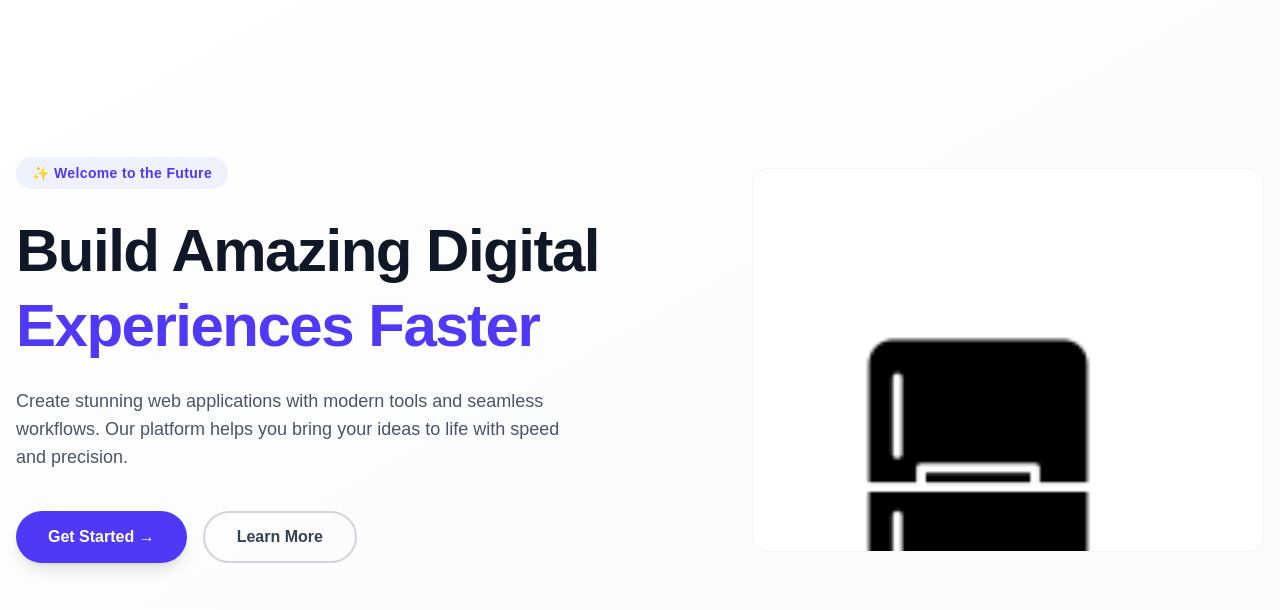
Repository: deepak445566/repai
Page: / (app in repair/)
An editor plug-in stored every save of this project. The page is shown before and after the next save, followed by the edit.
The browser window is 1280 px wide. The pictures show the whole page.
The project was rebuilt for these pictures with package versions that can differ from the ones it lists, and the page was loaded fresh each time. The framework's server and built-in components were replaced by stand-ins that run in the browser. Also part of the build but not shown: repair/next.config.mjs.

Above is the page before, as saved 2026-04-15 11:33:06.

### repair/src/app/layout.js
import { Geist, Geist_Mono } from "next/font/google";
import "./globals.css";

const geistSans = Geist({
  variable: "--font-geist-sans",
  subsets: ["latin"],
});

const geistMono = Geist_Mono({
  variable: "--font-geist-mono",
  subsets: ["latin"],
});

export const metadata = {
  title: "Create Next App",
  description: "Generated by create next app",
};

export default function RootLayout({ children }) {
  return (
    <html
      lang="en"
      className={`${geistSans.variable} ${geistMono.variable} h-full antialiased`}
    >
      <body className="min-h-full flex flex-col">{children}</body>
    </html>
  );
}

### repair/src/app/page.js
import HeroPage from '@/components/heroPage'
import React from 'react'

function page() {
  return (
   <>
   <HeroPage/>

   </>
  )
}

export default page

### repair/src/components/heroPage.jsx
import Image from 'next/image';

export default function HeroPage() {
  return (
    <div className="min-h-screen bg-gradient-to-br from-white to-gray-50 flex items-center justify-center px-4 py-12">
      <div className="max-w-7xl mx-auto w-full">
        <div className="flex flex-col lg:flex-row items-center gap-12 lg:gap-16">

          {/* Left Section - Content */}
          <div className="flex-1 text-center lg:text-left space-y-6">
            <div className="inline-block px-4 py-1.5 rounded-full bg-indigo-50 text-indigo-600 text-sm font-semibold tracking-wide">
              ✨ Welcome to the Future
            </div>

            <h1 className="text-4xl sm:text-5xl lg:text-6xl font-bold tracking-tight text-gray-900 leading-tight">
              Build Amazing Digital
              <span className="text-indigo-600 block"> Experiences Faster</span>
            </h1>

            <p className="text-lg text-gray-600 max-w-xl mx-auto lg:mx-0">
              Create stunning web applications with modern tools and seamless workflows.
              Our platform helps you bring your ideas to life with speed and precision.
            </p>

            <div className="flex flex-col sm:flex-row gap-4 justify-center lg:justify-start pt-4">
              <button className="px-8 py-3 rounded-full bg-indigo-600 text-white font-semibold shadow-lg hover:bg-indigo-700 transition-all duration-200 transform hover:scale-105">
                Get Started →
              </button>
              <button className="px-8 py-3 rounded-full border-2 border-gray-300 text-gray-700 font-semibold hover:bg-gray-50 transition-all duration-200">
                Learn More
              </button>
            </div>
          </div>

          {/* Right Section - Image - Fixed for mobile */}
          <div className="flex-1 flex justify-center lg:justify-end w-full">
            <div className="relative w-full max-w-sm sm:max-w-md lg:max-w-lg">
              <div className="absolute inset-0 bg-gradient-to-tr from-indigo-100 to-purple-100 rounded-2xl blur-2xl opacity-60 -z-10"></div>
              <div className="relative bg-white rounded-2xl overflow-hidden border border-gray-100">
                <div className="relative w-full pt-[100%] sm:pt-[80%] md:pt-[75%]">
                  {/* Fixed aspect ratio container */}
                  <div className="absolute inset-0  w-[350px] h-[450px] md:w-[450px] md:h-[750px]">
                    <Image
                      src="/images/image.png"
                      alt="Hero Image"
                      fill
                      className="object-contain p-4"
                      priority


                    />
                  </div>
                </div>
              </div>
            </div>
          </div>
        </div>
      </div>
    </div>
  );
}

Loaded but not shown: repair/src/app/globals.css (common file)

After the next save:
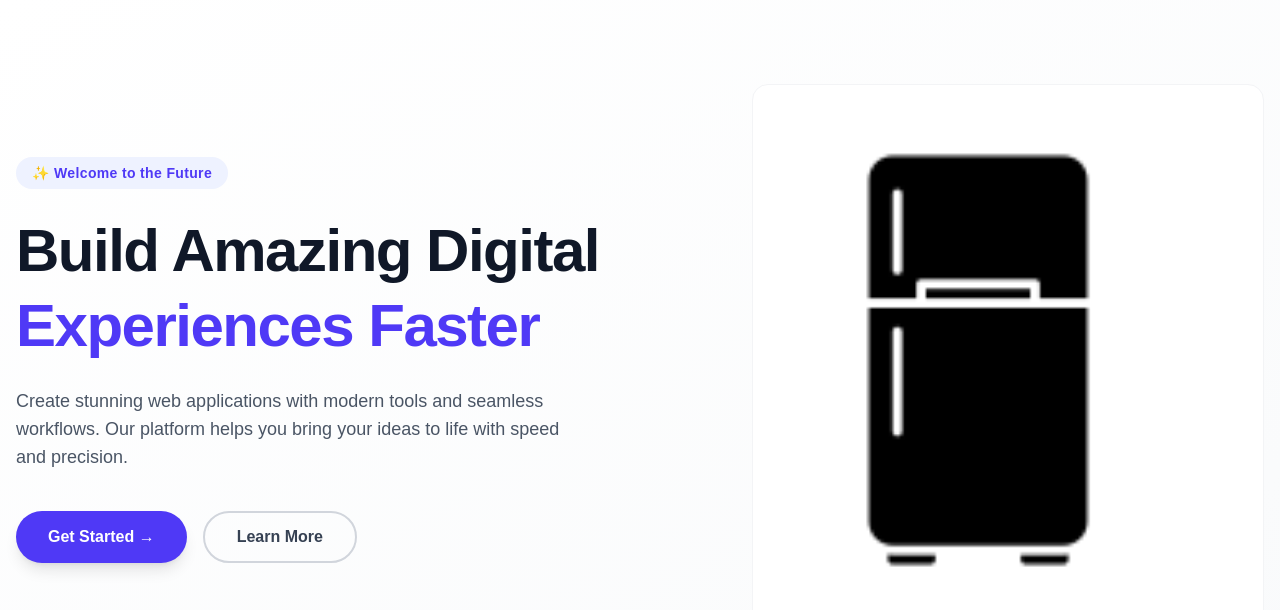
Saved 44 s later.
--- a/repair/src/components/heroPage.jsx
+++ b/repair/src/components/heroPage.jsx
@@ -32,24 +32,20 @@ export default function HeroPage() {
             </div>
           </div>
 
-          {/* Right Section - Image - Fixed for mobile */}
+          {/* Right Section - Image - Fixed */}
           <div className="flex-1 flex justify-center lg:justify-end w-full">
             <div className="relative w-full max-w-sm sm:max-w-md lg:max-w-lg">
               <div className="absolute inset-0 bg-gradient-to-tr from-indigo-100 to-purple-100 rounded-2xl blur-2xl opacity-60 -z-10"></div>
               <div className="relative bg-white rounded-2xl overflow-hidden border border-gray-100">
-                <div className="relative w-full pt-[100%] sm:pt-[80%] md:pt-[75%]">
-                  {/* Fixed aspect ratio container */}
-                  <div className="absolute inset-0  w-[350px] h-[450px] md:w-[450px] md:h-[750px]">
-                    <Image
-                      src="/images/image.png"
-                      alt="Hero Image"
-                      fill
-                      className="object-contain p-4"
-                      priority
-
-
-                    />
-                  </div>
+                {/* Yahan size control karo - Simple way */}
+                <div className="relative w-[350px] h-[450px] md:w-[450px] md:h-[550px]">
+                  <Image
+                    src="/images/image.png"
+                    alt="Hero Image"
+                    fill
+                    className="object-contain p-4"
+                    priority
+                  />
                 </div>
               </div>
             </div>
